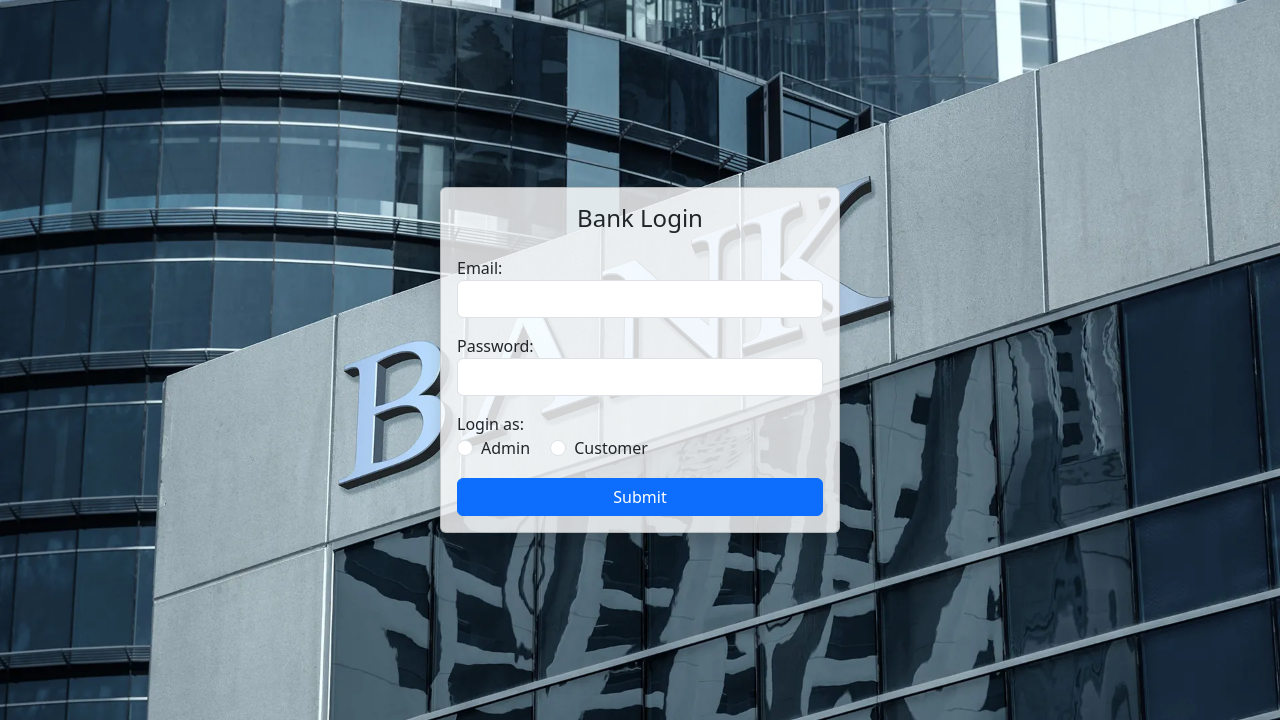
Repository: prathamsuhasia/swabhav-mini-project
Page: http://localhost/01-mini-project/Index.jsp
The author's editor kept a copy of each file at every save. The page is drawn from the files as they stood at one save, then again after the next save.
The browser window is 1280 px wide. The pictures show the whole page.
The page is served by Tomcat 9. Other server files are loaded and not shown.

Above is the page before, as saved 2024-08-15 21:16:17.

### 01-mini-project/WebContent/Index.jsp
<%@ page language="java" contentType="text/html; charset=ISO-8859-1"
    pageEncoding="ISO-8859-1"%>
<!DOCTYPE html PUBLIC "-//W3C//DTD HTML 4.01 Transitional//EN" "http://www.w3.org/TR/html4/loose.dtd">
<html>
<head>
<meta http-equiv="Content-Type" content="text/html; charset=ISO-8859-1">
<title>Bank MVC Application</title>
<link href="https://cdn.jsdelivr.net/npm/bootstrap@5.3.0/dist/css/bootstrap.min.css" rel="stylesheet">
<style>
    body {
        background: url('Bank.webp') no-repeat center center fixed;
        background-size: cover;
        height: 100vh;
        display: flex;
        justify-content: center;
        align-items: center;
    }
    .card {
        max-width: 400px;
        width: 100%;
        background: rgba(255, 255, 255, 0.8);
    }
</style>
</head>
<body>

<div class="card shadow">
    <div class="card-body">
        <h4 class="card-title text-center mb-4">Bank Login</h4>
        <form action="LoginController">
            <div class="form-group mb-3">
                <label for="username">Email:</label>
                <input type="email" class="form-control" id="username" name="username" required>
            </div>
            <div class="form-group mb-3">
                <label for="password">Password:</label>
                <input type="password" class="form-control" id="password" name="password" required>
            </div>
            <div class="form-group mb-3">
                <label>Login as:</label><br>
                <div class="form-check form-check-inline">
                    <input class="form-check-input" type="radio" name="user_type" id="admin" value="admin" required>
                    <label class="form-check-label" for="admin">Admin</label>
                </div>
                <div class="form-check form-check-inline">
                    <input class="form-check-input" type="radio" name="user_type" id="customer" value="customer" required>
                    <label class="form-check-label" for="customer">Customer</label>
                </div>
            </div>
            <div class="text-center">
                <button type="submit" class="btn btn-primary w-100">Submit</button>
            </div>
        </form>
    </div>
</div>

<script src="https://cdn.jsdelivr.net/npm/bootstrap@5.3.0/dist/js/bootstrap.bundle.min.js"></script>
</body>
</html>

After the next save:
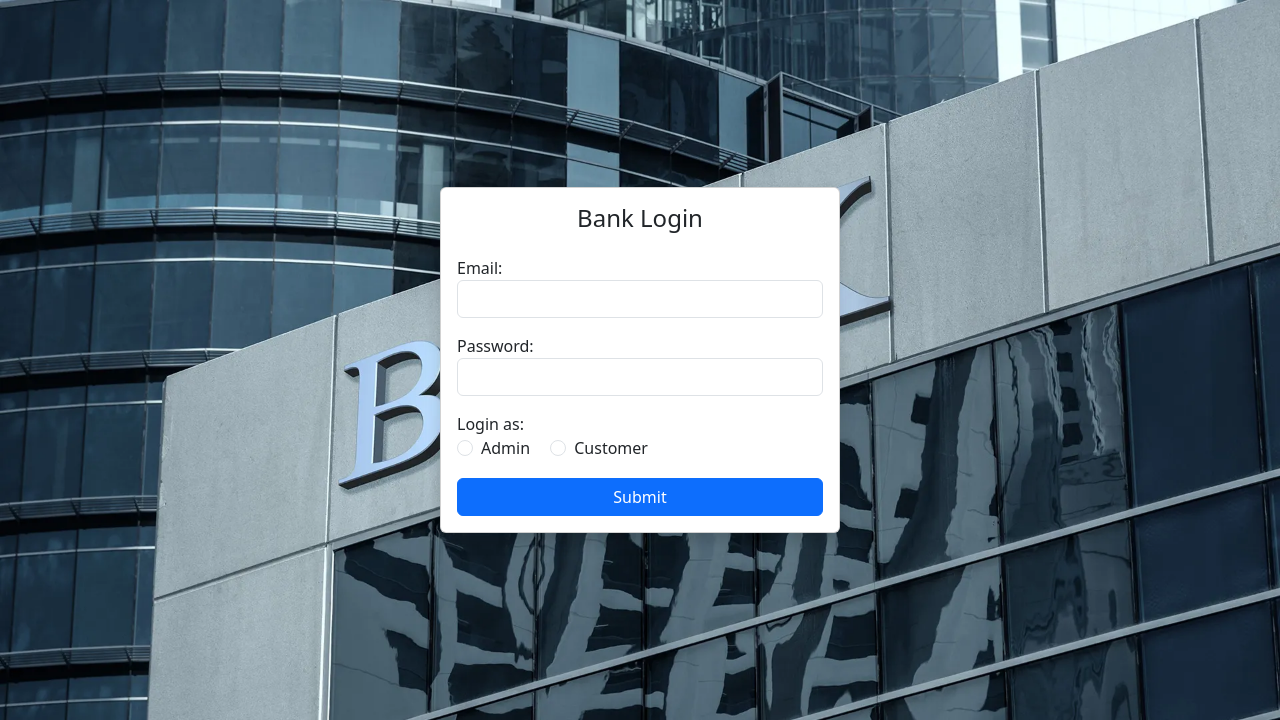
Saved 21 s later.
--- a/01-mini-project/WebContent/Index.jsp
+++ b/01-mini-project/WebContent/Index.jsp
@@ -18,7 +18,7 @@
     .card {
         max-width: 400px;
         width: 100%;
-        background: rgba(255, 255, 255, 0.8);
+        background: rgba(255, 255, 255, 1);
     }
 </style>
 </head>
